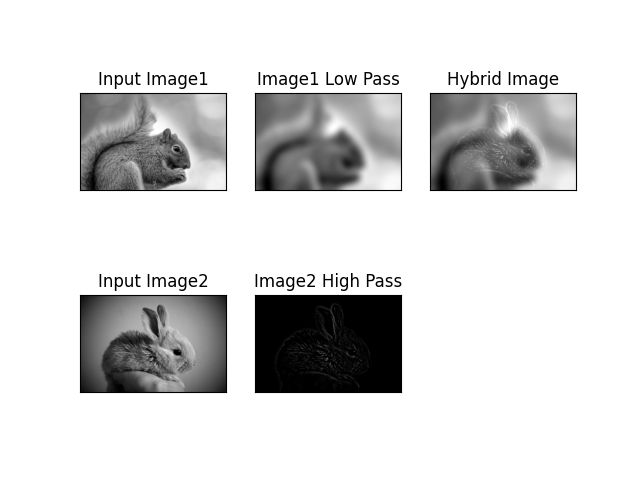
Repository: Yuer-yuan/CV
Script's output: python lab1-hybrid-image/gui/fft.py
These files come from the project's save history. The script's output is drawn as it stood at one moment and after a run of saves; the edit follows.
Random numbers start from a fixed seed. It also reads lab1-hybrid-image/gui/res/bunny1.png, lab1-hybrid-image/gui/res/squirrel1.png.

Above is the script's output before, as saved 2023-03-26 17:24:47.

### lab1-hybrid-image/gui/fft.py
import cv2
import numpy as np
from matplotlib import pyplot as plt

pairs = [
    ('res/squirrel1.png', 'res/bunny1.png'),
    ('res/cat.jpg', 'res/dog.jpg'),
    ('res/donkey1.png', 'res/zebra1.png'),
]
pair_idx = 0

ksize1, sigma1, ksize2, sigma2 = 39, 11, 21, 5
d1, d2 = 10, 10


def spatial_hybrid_image(img1, img2, ksize1, sigma1, ksize2, sigma2):
    img1_low = cv2.GaussianBlur(img1, (ksize1, ksize1), sigma1)
    img2_high = cv2.subtract(img2, cv2.GaussianBlur(img2, (ksize2, ksize2), sigma2))
    hybrid_image = cv2.add(img1_low, img2_high)

    plt.subplot(231), plt.imshow(img1, cmap='gray')
    plt.title('Input Image1'), plt.xticks([]), plt.yticks([])
    plt.subplot(232), plt.imshow(img1_low, cmap='gray')
    plt.title('Image1 Low Pass'), plt.xticks([]), plt.yticks([])
    plt.subplot(233), plt.imshow(hybrid_image, cmap='gray')
    plt.title('Hybrid Image'), plt.xticks([]), plt.yticks([])
    plt.subplot(234), plt.imshow(img2, cmap='gray')
    plt.title('Input Image2'), plt.xticks([]), plt.yticks([])
    plt.subplot(235), plt.imshow(img2_high, cmap='gray')
    plt.title('Image2 High Pass'), plt.xticks([]), plt.yticks([])
    plt.show()


def spectral_hybrid_image(image1, image2, d1, d2):
    f1 = np.fft.fftshift(np.fft.fft2(np.float32(image1)))
    f2 = np.fft.fftshift(np.fft.fft2(np.float32(image2)))

    magnitude1 = 20 * np.log(np.abs(f1))
    magnitude2 = 20 * np.log(np.abs(f2))

    plt.subplot(221), plt.imshow(image1, cmap='gray')
    plt.title('Input Image1'), plt.xticks([]), plt.yticks([])
    plt.subplot(222), plt.imshow(magnitude1, cmap='gray')
    plt.title('Image1 Magnitude Spectrum'), plt.xticks([]), plt.yticks([])
    plt.subplot(223), plt.imshow(image2, cmap='gray')
    plt.title('Input Image2'), plt.xticks([]), plt.yticks([])
    plt.subplot(224), plt.imshow(magnitude2, cmap='gray')
    plt.title('Image2 Magnitude Spectrum'), plt.xticks([]), plt.yticks([])
    plt.show()



if __name__ == '__main__':
    img1 = cv2.imread(pairs[pair_idx][0], 0)    # read as grayscale
    img2 = cv2.imread(pairs[pair_idx][1], 0)

    spatial_hybrid_image(img1, img2, ksize1, sigma1, ksize2, sigma2)
    # spectral_hybrid_image(img1, img2, d1, d2)

After the next 2 saves:
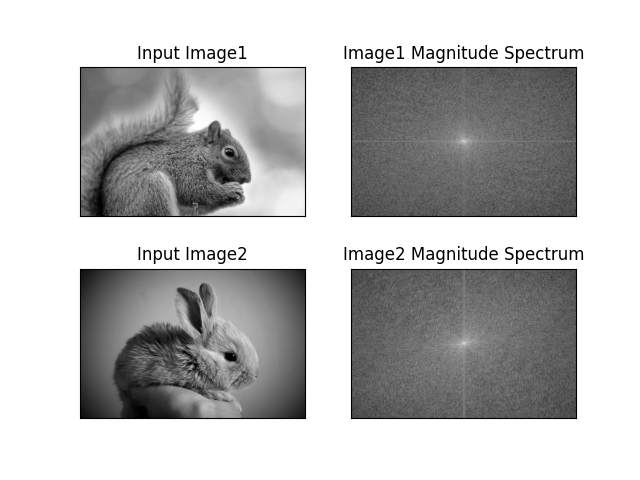
The 2 saves are shown as one change because they came seconds apart.
The last was saved 50 s later.
--- a/lab1-hybrid-image/gui/fft.py
+++ b/lab1-hybrid-image/gui/fft.py
@@ -34,7 +34,6 @@
 def spectral_hybrid_image(image1, image2, d1, d2):
     f1 = np.fft.fftshift(np.fft.fft2(np.float32(image1)))
     f2 = np.fft.fftshift(np.fft.fft2(np.float32(image2)))
-
     magnitude1 = 20 * np.log(np.abs(f1))
     magnitude2 = 20 * np.log(np.abs(f2))
 
@@ -54,5 +53,5 @@
     img1 = cv2.imread(pairs[pair_idx][0], 0)    # read as grayscale
     img2 = cv2.imread(pairs[pair_idx][1], 0)
 
-    spatial_hybrid_image(img1, img2, ksize1, sigma1, ksize2, sigma2)
-    # spectral_hybrid_image(img1, img2, d1, d2)
+    # spatial_hybrid_image(img1, img2, ksize1, sigma1, ksize2, sigma2)
+    spectral_hybrid_image(img1, img2, d1, d2)

After the 3 saves that followed:
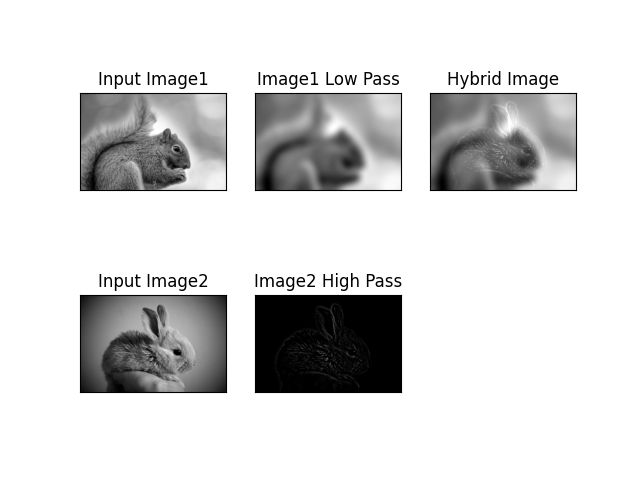
The 3 saves are shown as one change because they came seconds apart.
The last was saved 62 s later.
--- a/lab1-hybrid-image/gui/fft.py
+++ b/lab1-hybrid-image/gui/fft.py
@@ -14,19 +14,19 @@
 
 
 def spatial_hybrid_image(img1, img2, ksize1, sigma1, ksize2, sigma2):
-    img1_low = cv2.GaussianBlur(img1, (ksize1, ksize1), sigma1)
-    img2_high = cv2.subtract(img2, cv2.GaussianBlur(img2, (ksize2, ksize2), sigma2))
-    hybrid_image = cv2.add(img1_low, img2_high)
+    img1_low_pass = cv2.GaussianBlur(img1, (ksize1, ksize1), sigma1)
+    img2_high_pass = cv2.subtract(img2, cv2.GaussianBlur(img2, (ksize2, ksize2), sigma2))
+    hybrid_image = cv2.add(img1_low_pass, img2_high_pass)
 
     plt.subplot(231), plt.imshow(img1, cmap='gray')
     plt.title('Input Image1'), plt.xticks([]), plt.yticks([])
-    plt.subplot(232), plt.imshow(img1_low, cmap='gray')
+    plt.subplot(232), plt.imshow(img1_low_pass, cmap='gray')
     plt.title('Image1 Low Pass'), plt.xticks([]), plt.yticks([])
     plt.subplot(233), plt.imshow(hybrid_image, cmap='gray')
     plt.title('Hybrid Image'), plt.xticks([]), plt.yticks([])
     plt.subplot(234), plt.imshow(img2, cmap='gray')
     plt.title('Input Image2'), plt.xticks([]), plt.yticks([])
-    plt.subplot(235), plt.imshow(img2_high, cmap='gray')
+    plt.subplot(235), plt.imshow(img2_high_pass, cmap='gray')
     plt.title('Image2 High Pass'), plt.xticks([]), plt.yticks([])
     plt.show()
 
@@ -53,5 +53,5 @@
     img1 = cv2.imread(pairs[pair_idx][0], 0)    # read as grayscale
     img2 = cv2.imread(pairs[pair_idx][1], 0)
 
-    # spatial_hybrid_image(img1, img2, ksize1, sigma1, ksize2, sigma2)
-    spectral_hybrid_image(img1, img2, d1, d2)
+    spatial_hybrid_image(img1, img2, ksize1, sigma1, ksize2, sigma2)
+    # spectral_hybrid_image(img1, img2, d1, d2)
